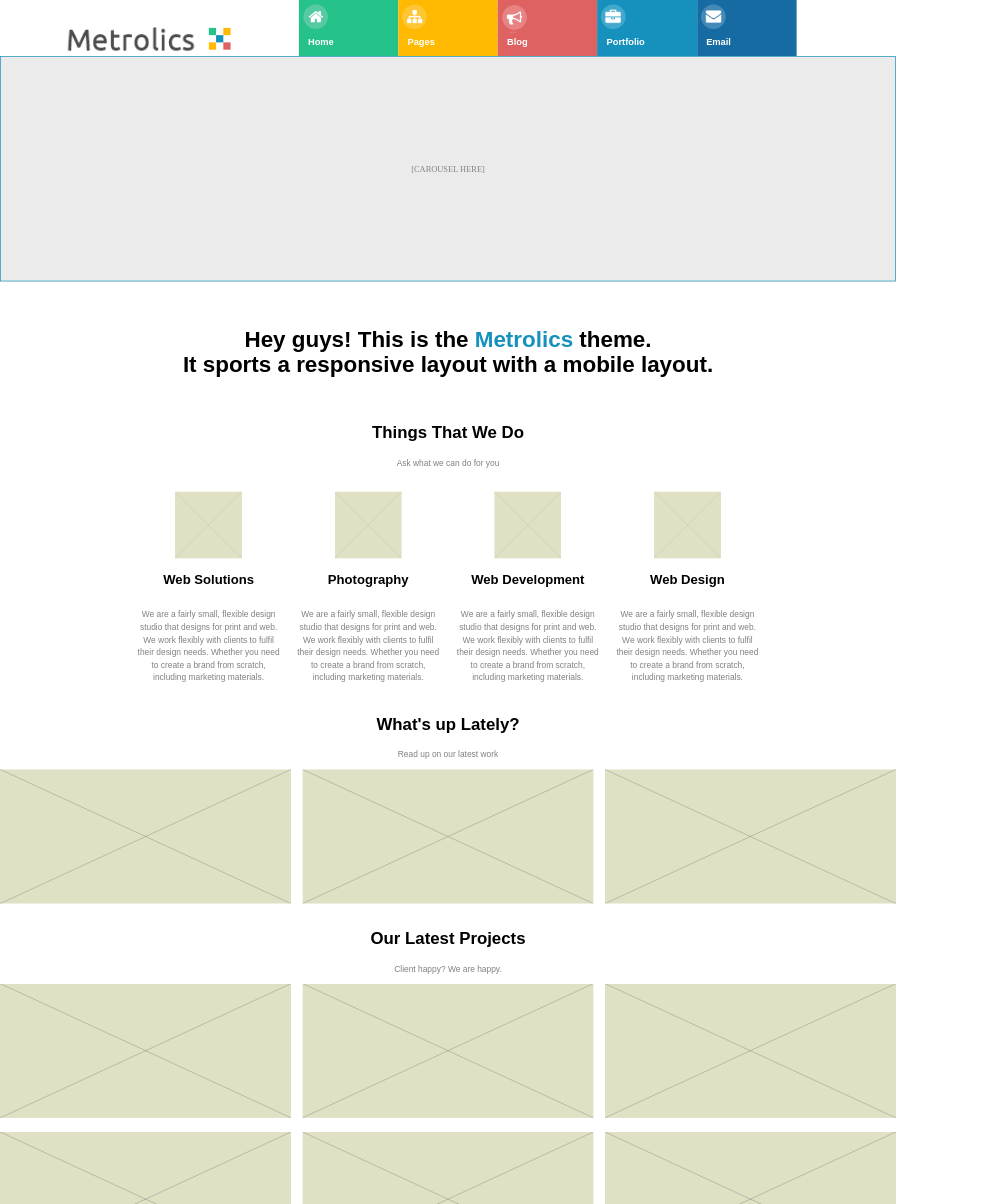
Repository: pjiang604/mdia2003-lab03b
Page: index.html
An editor plug-in stored every save of this project. The page is shown before and after the next save, followed by the edit.
The browser window is 1280 px wide. The page is 1408 px wide, so the pictures cover 1408 px, including what lies to the right of the window. The pictures show the part of the page from y = 0 to 1720 px (the page is 2780 px tall), at 70% of full size.

Above is the page before, as saved 2023-01-31 21:31:35.

After the next save:
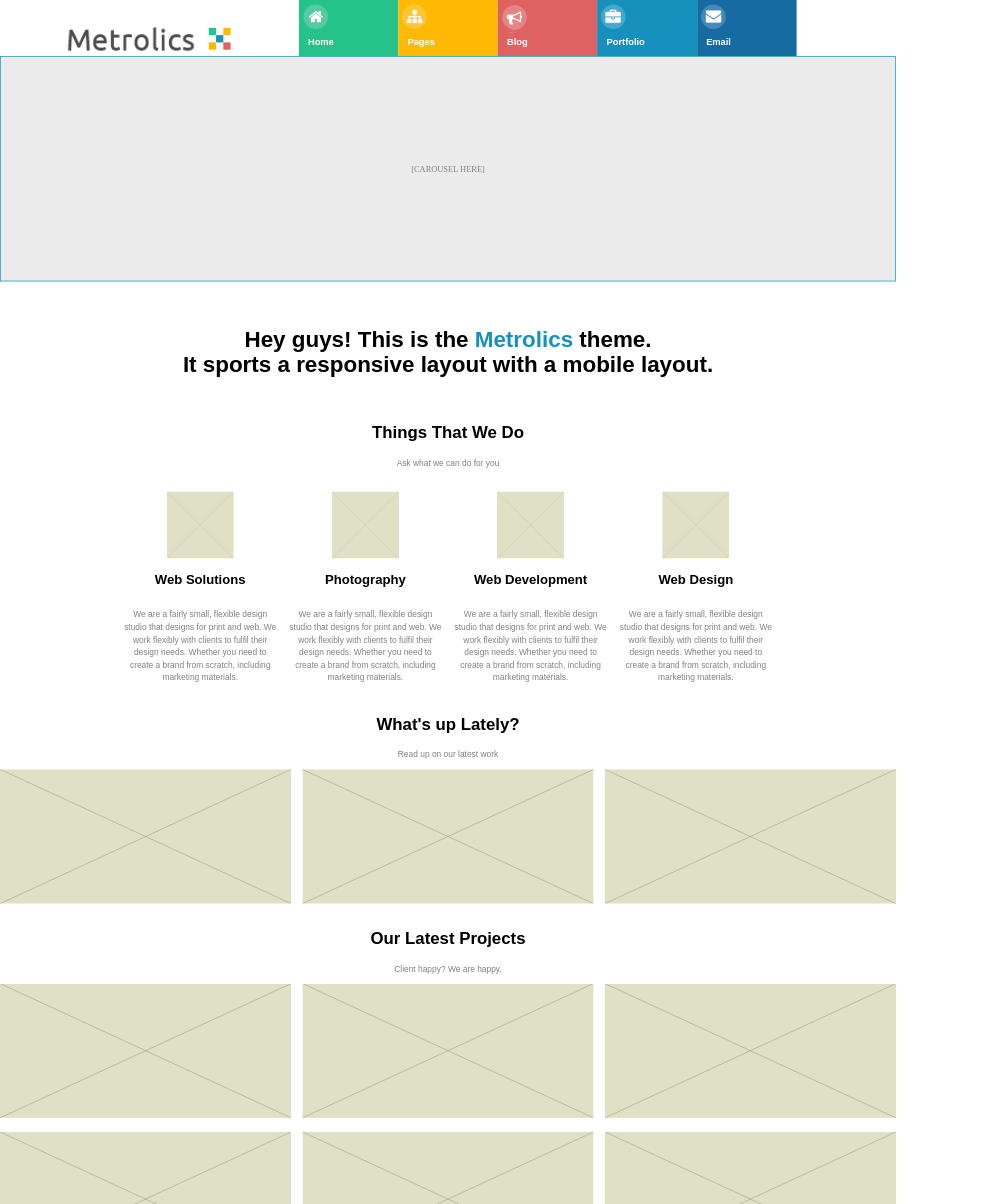
Saved 9 s later.
--- a/style.css
+++ b/style.css
@@ -172,8 +172,8 @@ nav h5 {
 /*Services Section*/
 
 .services-section {
-    margin-left:12em;
-    margin-right:12em;
+    margin-left:11em;
+    margin-right:11em;
 }
 
 .serviceImg {
